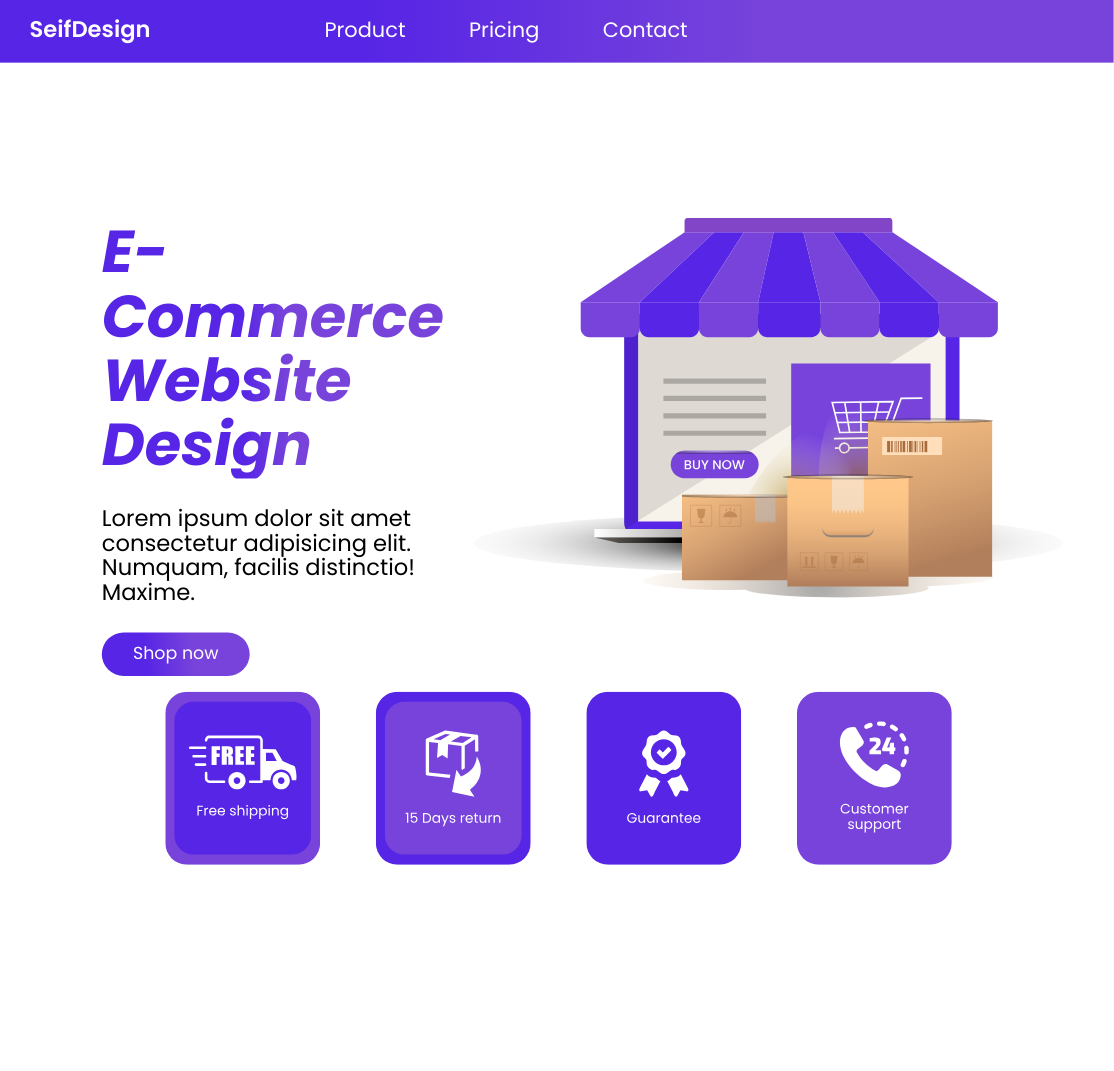
Repository: NatiqSamiyev/commers-desing-JS
Page: index.html
An editor plug-in stored every save of this project. The page is shown before and after a run of saves, followed by the edit.
The browser window is 1280 px wide. The pictures show the whole page, at 87% of full size.
Some web fonts or font styles are not loaded; a fallback is used.

Above is the page before, as saved 2023-11-06 11:26:13.

After the next 4 saves:
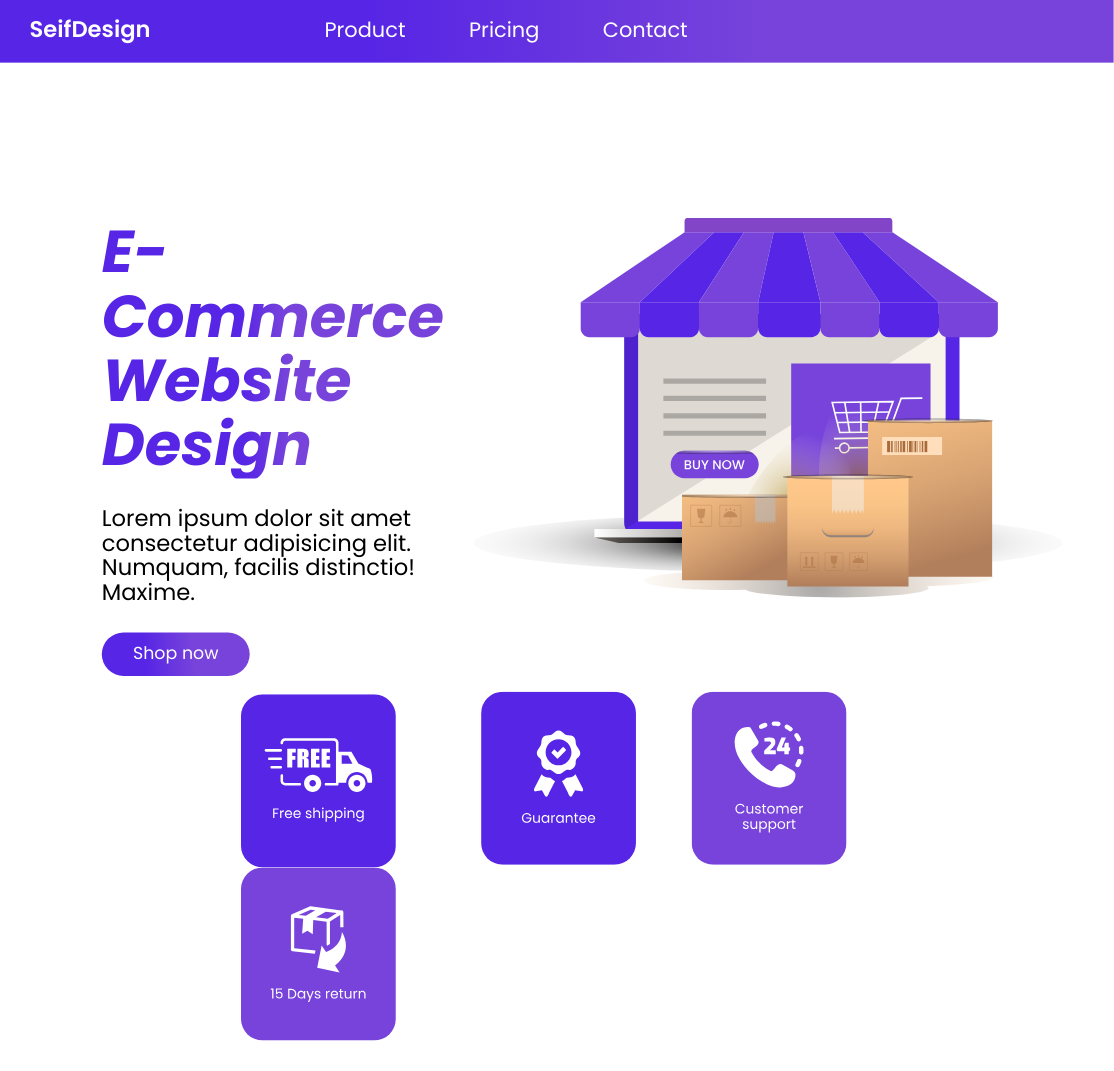
The 4 saves are shown as one change because they came seconds apart.
The last was saved 10 s later.
--- a/index.html
+++ b/index.html
@@ -47,10 +47,12 @@
 
       <div class="bottom-container">
         <div class="box-1">
+          <img src="./image/Frame 12.svg" alt="" />
+          <img src="./image/Frame 11.svg" alt="" />
+        </div>
+       <div class="box-2">
 
-        </div>
-        <img src="./image/Frame 12.svg" alt="" />
-        <img src="./image/Frame 11.svg" alt="" />
+       </div>
         <img src="./image/Frame 10.svg" alt="" />
         <img src="./image/Frame 13.svg" alt="" />
       </div>
